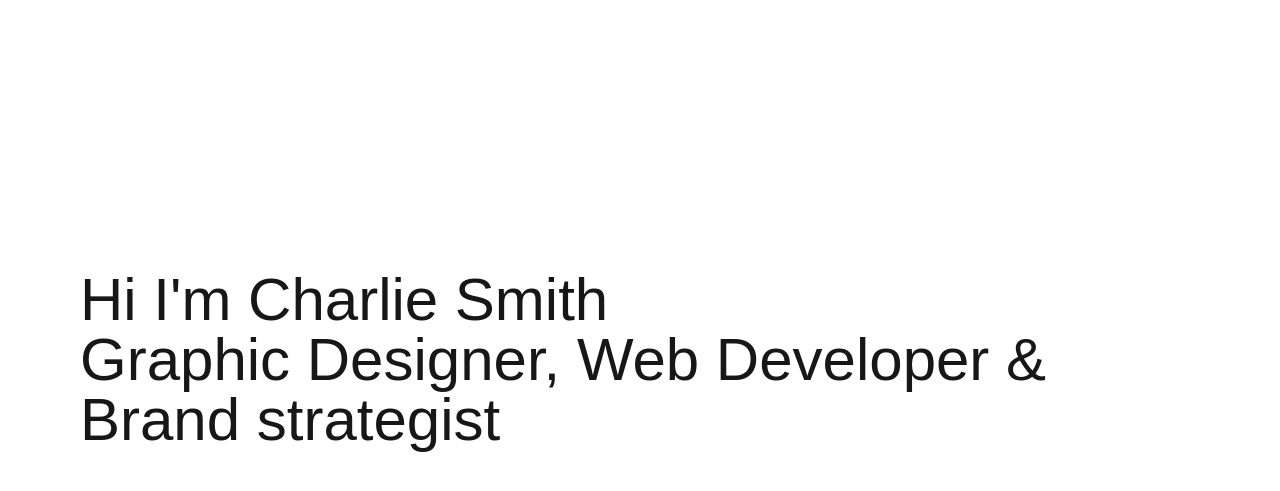
Repository: charlehs/portfolio
Page: /
These files come from the project's save history. The page is drawn as it stood at one moment and after the next save; the edit follows.
The browser window is 1280 px wide. The pictures show the whole page.
Some web fonts or font styles are not loaded; a fallback is used. The project was rebuilt for these pictures with package versions that can differ from the ones it lists, and the page was loaded fresh each time. The framework's server and built-in components were replaced by stand-ins that run in the browser. Also part of the build but not shown: next.config.ts.

Above is the page before, as saved 2025-01-02 16:33:46.

After the next save:
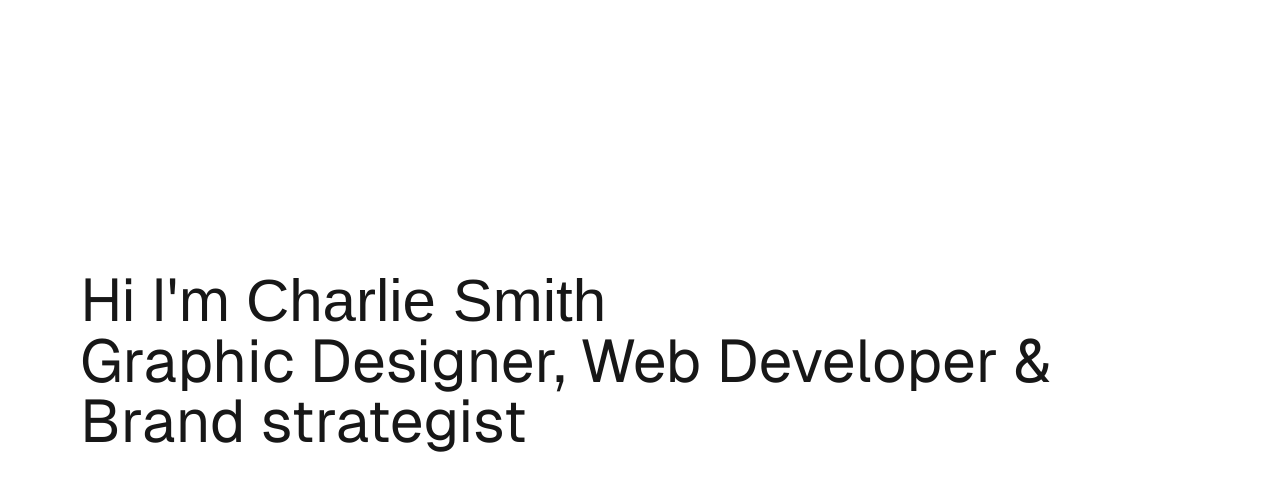
Saved 56 s later.
--- a/app/page.tsx
+++ b/app/page.tsx
@@ -4,8 +4,8 @@ export default function Home() {
   return (
     <div className="grid grid-rows-[20px_1fr_20px] items-center justify-items-center min-h-screen p-8 pb-20 gap-16 sm:p-20 font-[family-name:var(--font-geist-sans)]">
       <main className="flex flex-col gap-8 row-start-2 items-center sm:items-start">
-        <p className="harmond-text text-6xl">
-          Hi I'm Charlie Smith
+        <p className=" text-6xl">
+          Hi I'm <span className="harmond-text">Charlie Smith</span>
           <br /> Graphic Designer, Web Developer & Brand strategist
         </p>
       </main>
